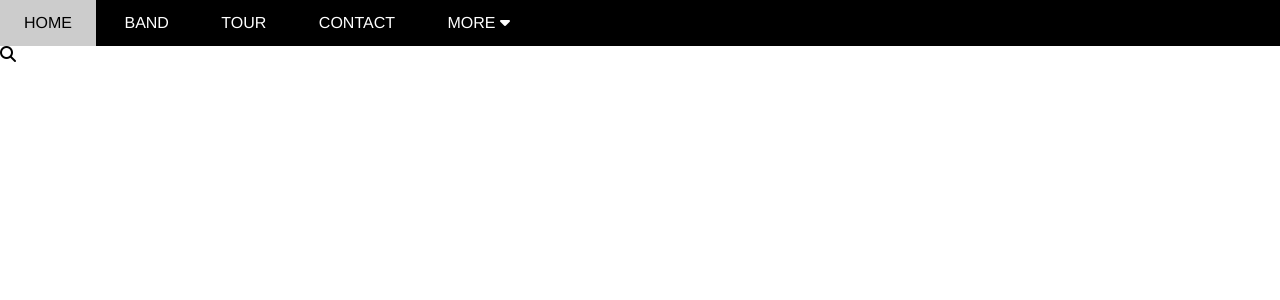
Repository: NguyenMinhChau/Theband
Page: index.html
The author's editor kept a copy of each file at every save. The page is drawn from the files as they stood at one save, then again after the next save.
The browser window is 1280 px wide. The pictures show the whole page.
Some web libraries are served in a nearby version.

Above is the page before, as saved 2021-10-22 20:00:23.

After the next save:
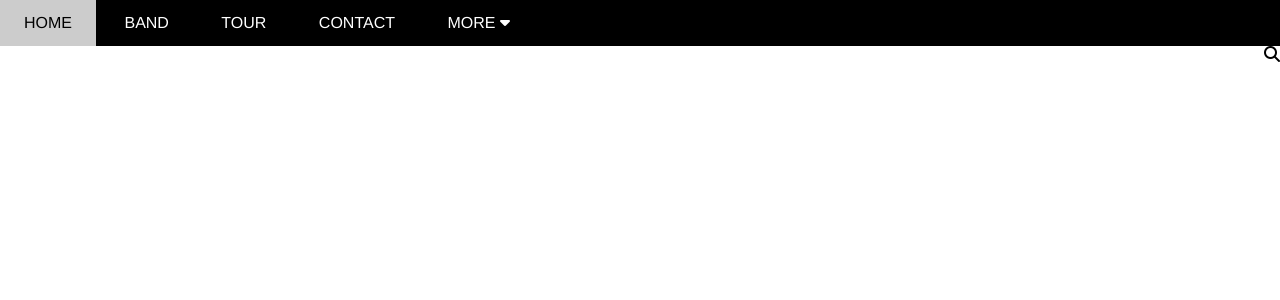
Saved 11 s later.
--- a/assets/css/style.css
+++ b/assets/css/style.css
@@ -68,7 +68,7 @@
 }
 
 .icon-search{
-    display: inline-block;
+    float: right;
 }
 
 

After the 2 saves that followed:
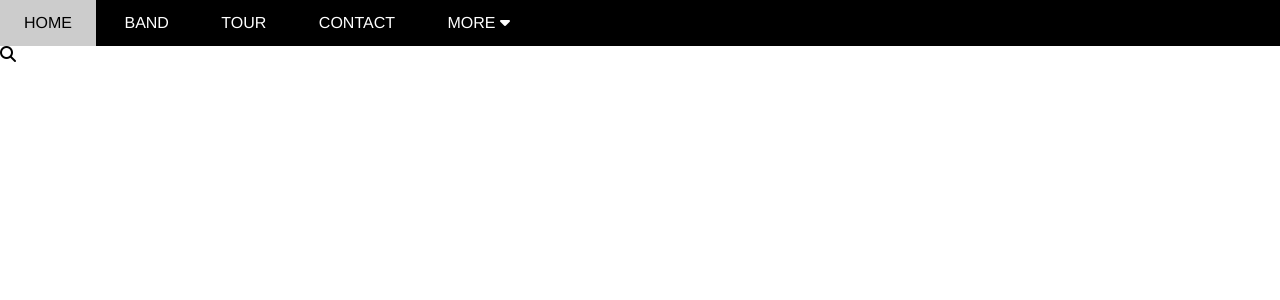
The 2 saves are shown as one change because they came seconds apart.
The last was saved 19 s later.
--- a/assets/css/style.css
+++ b/assets/css/style.css
@@ -68,6 +68,7 @@
 }
 
 .icon-search{
+    position: absolute;
     float: right;
 }
 
